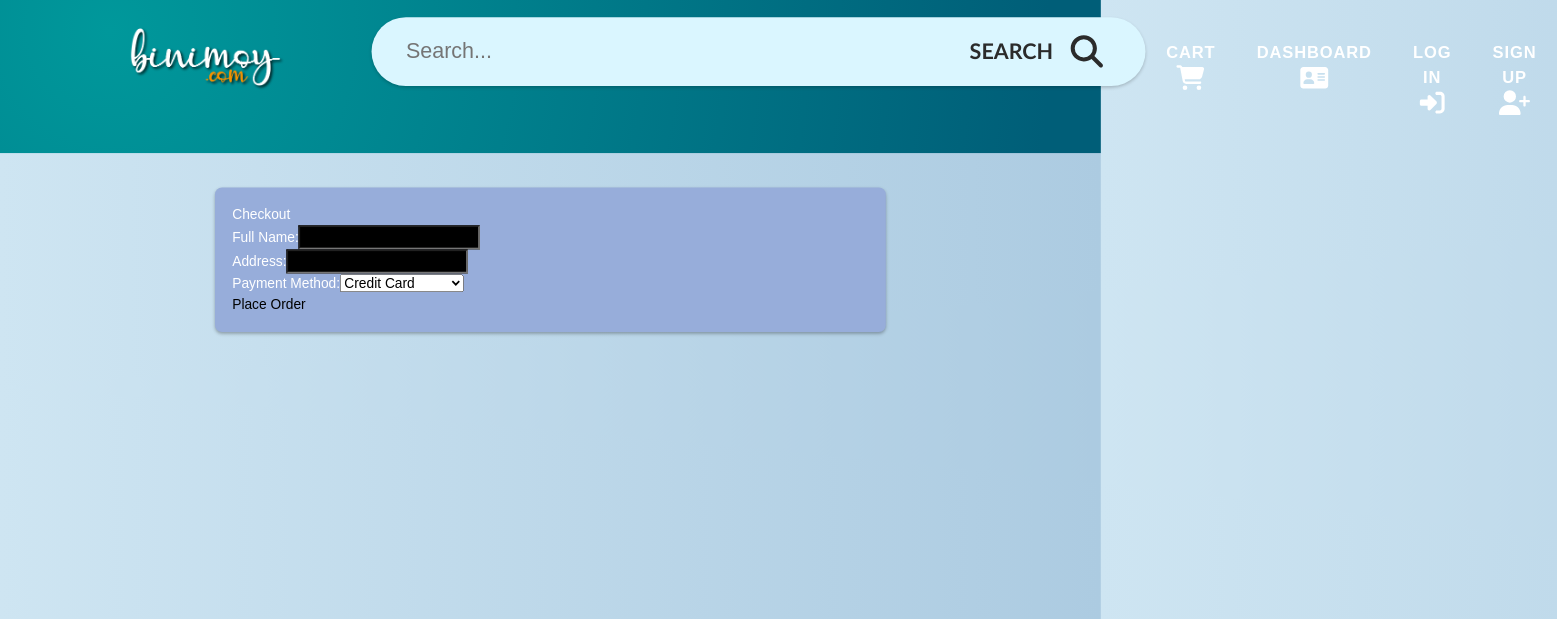
Repository: Shadman2024/2_1_DatabaseProject
Page: /checkout (app in frontend/)
These files come from the project's save history. The page is drawn as it stood at one moment and after the next save; the edit follows.
The browser window is 1280 px wide. The page is 1811 px wide, so the pictures cover 1811 px, including what lies to the right of the window. The pictures show the whole page, at 86% of full size.
Some web libraries are served in a nearby version. The project was rebuilt for these pictures with package versions that can differ from the ones it lists, and the page was loaded fresh each time. Also part of the build but not shown: frontend/src/App.css, frontend/src/signUp/signup.js, frontend/src/logIn/login.js, frontend/src/Home/home.module.css, frontend/src/Home/hero.js, frontend/src/Home/hero2.js, frontend/src/Home/hero3.js, frontend/src/Home/smallcategory.module.css and 31 more.

Above is the page before, as saved 2024-03-08 12:45:03.

### frontend/public/index.html
<!DOCTYPE html>
<html lang="en">

<head>
  <meta charset="utf-8" />
  <link rel="icon" href="%PUBLIC_URL%/favicon.ico" />
  <meta name="viewport" content="width=device-width, initial-scale=1" />
  <meta name="theme-color" content="#000000" />
  <meta name="description" content="Web site created using create-react-app" />
  <link rel="apple-touch-icon" href="%PUBLIC_URL%/logo192.png" />
  <!--
      manifest.json provides metadata used when your web app is installed on a
      user's mobile device or desktop. See https://developers.google.com/web/fundamentals/web-app-manifest/
    -->
  <link rel="manifest" href="%PUBLIC_URL%/manifest.json" />
  <link href="https://cdn.jsdelivr.net/npm/bootstrap@5.0.2/dist/css/bootstrap.min.css" rel="stylesheet"
    integrity="sha384-EVSTQN3/azprG1Anm3QDgpJLIm9Nao0Yz1ztcQTwFspd3yD65VohhpuuCOmLASjC" crossorigin="anonymous">
  <!--
      Notice the use of %PUBLIC_URL% in the tags above.
      It will be replaced with the URL of the `public` folder during the build.
      Only files inside the `public` folder can be referenced from the HTML.

      Unlike "/favicon.ico" or "favicon.ico", "%PUBLIC_URL%/favicon.ico" will
      work correctly both with client-side routing and a non-root public URL.
      Learn how to configure a non-root public URL by running `npm run build`.
    -->
  <title>React App</title>
</head>

<body style="background: linear-gradient(to right, #cee5f2, #accbe1);
/* Other styles */
margin: 0;
height: 100vh;
color: white;">
<!-- <body style="background: #1B1B1B"> -->


  <noscript>You need to enable JavaScript to run this app.</noscript>
  <div id="root"></div>
  <!--
      This HTML file is a template.
      If you open it directly in the browser, you will see an empty page.

      You can add webfonts, meta tags, or analytics to this file.
      The build step will place the bundled scripts into the <body> tag.

      To begin the development, run `npm start` or `yarn start`.
      To create a production bundle, use `npm run build` or `yarn build`.
    -->
  <script src="https://cdn.jsdelivr.net/npm/bootstrap@5.0.2/dist/js/bootstrap.bundle.min.js"
    integrity="sha384-MrcW6ZMFYlzcLA8Nl+NtUVF0sA7MsXsP1UyJoMp4YLEuNSfAP+JcXn/tWtIaxVXM"
    crossorigin="anonymous"></script>
  <script src="https://cdn.jsdelivr.net/npm/@popperjs/core@2.9.2/dist/umd/popper.min.js"
    integrity="sha384-IQsoLXl5PILFhosVNubq5LC7Qb9DXgDA9i+tQ8Zj3iwWAwPtgFTxbJ8NT4GN1R8p"
    crossorigin="anonymous"></script>
  <script src="https://cdn.jsdelivr.net/npm/bootstrap@5.0.2/dist/js/bootstrap.min.js"
    integrity="sha384-cVKIPhGWiC2Al4u+LWgxfKTRIcfu0JTxR+EQDz/bgldoEyl4H0zUF0QKbrJ0EcQF"
    crossorigin="anonymous"></script>
  <script src="https://code.jquery.com/jquery-3.2.1.slim.min.js"
    integrity="sha384-KJ3o2DKtIkvYIK3UENzmM7KCkRr/rE9/Qpg6aAZGJwFDMVNA/GpGFF93hXpG5KkN"
    crossorigin="anonymous"></script>
  <script src="https://cdnjs.cloudflare.com/ajax/libs/popper.js/1.12.3/umd/popper.min.js"
    integrity="sha384-vFJXuSJphROIrBnz7yo7oB41mKfc8JzQZiCq4NCceLEaO4IHwicKwpJf9c9IpFgh"
    crossorigin="anonymous"></script>
  <script src="https://maxcdn.bootstrapcdn.com/bootstrap/4.0.0-beta.2/js/bootstrap.min.js"
    integrity="sha384-alpBpkh1PFOepccYVYDB4do5UnbKysX5WZXm3XxPqe5iKTfUKjNkCk9SaVuEZflJ"
    crossorigin="anonymous"></script>


</body>

</html>

### frontend/src/index.css
*{
  margin: 0;
  outline: none;
}
body {
  margin: 0;
  font-family: -apple-system, BlinkMacSystemFont, 'Segoe UI', 'Roboto', 'Oxygen',
    'Ubuntu', 'Cantarell', 'Fira Sans', 'Droid Sans', 'Helvetica Neue',
    sans-serif;
  -webkit-font-smoothing: antialiased;
  -moz-osx-font-smoothing: grayscale;
}

code {
  font-family: source-code-pro, Menlo, Monaco, Consolas, 'Courier New',
    monospace;
}
html {
  scroll-behavior: smooth;
  position: relative;
  min-height: 100%;
  overflow-x: hidden;
}

### frontend/src/signUp/signup.module.css

.login_box {
  position: absolute;
  top: 50%;
  left: 50%;
  width: 400px;
  padding: 40px;
  margin: 20px auto;
  transform: translate(-50%, -55%);
  background-image: radial-gradient( circle farthest-corner at 10% 20%,  rgba(0,152,155,1) 0.1%, rgba(0,94,120,1) 94.2% );
  box-sizing: border-box;
  box-shadow: 0 15px 25px rgba(0,0,0,.6);
  border-radius: 10px;
  color: #ffffff;
  font-size: large;
  /* padding-left: 100px;
  padding-right: 100px; */
}
.login_box .user_box {
  position: relative;
}

.login_box .user_box input {
  width: 100%;
  padding: 10px 0;
  font-size: 16px;
  color: #fffdfd;
  margin-bottom: 30px;
  border: none;
  /* background-color: #0F1F2A; */
  border-bottom: 1px solid #ffffff;
  outline: none;
  background: transparent;
  font-size: larger;
  /* font-weight: bolder; */
}

.login_box .user_box label {
  position: absolute;
  top: -20px;
  left: 0;
  padding: 10px 0;
  font-size: 20px;
  color: #ffffff;
  /* background-color: #2E5D7F; */
  pointer-events: none;
  transition: .5s;
  font-size: large;
  /* padding: 0px;
  padding-left: 20%;
  padding-right: 20%; */
  font-weight: bold;
}

.login_box .user_box input:focus ~ label,
.login_box .user_box input:valid ~ label {
  /* top: -20px; */
  left: 0;
  color: #ffffff;
  font-size: 20px;
  /* background-color: #242424; */
  padding: 0px;
  padding-left: 10px;
  padding-right: 10px;
  font-weight: bolder;
}


.login_box p:first-child {
  margin: 0 0 30px;
  padding: 0;
  color: #ffffff;
  text-align: center;
  font-size: 1.5rem;
  font-weight: bold;
  letter-spacing: 1px;
  padding-bottom: 30px;
}




.animated_button {
  position: relative;
  display: inline-block;
  padding: 12px 24px;
  border: none;
  font-size: 16px;
  background-color: inherit;
  border-radius: 100px;
  font-weight: 600;
  color: #ffffff;
  box-shadow: 0 0 0 2px #ffffff00;
  cursor: pointer;
  overflow: hidden;
  transition: all 0.6s cubic-bezier(0.23, 1, 0.320, 1);
  text-align: center;
  font-size: 1.2rem;
  /* font-weight: bold; */
  letter-spacing: 1px;
  /* padding-bottom: 30px; */
}

.animated_button span:last-child {
  position: absolute;
  top: 50%;
  left: 50%;
  transform: translate(-50%, -50%);
  width: 20px;
  height: 20px;
  background-color: #fff;
  /* color: #000; */
  border-radius: 50%;
  opacity: 0;
  transition: all 0.8s cubic-bezier(0.23, 1, 0.320, 1);
}

.animated_button span:first-child {
  position: relative;
  z-index: 1;
}

.animated_button:hover {
  box-shadow: 0 0 0 3px #ffffff;
  color: #2F0332;
}

.animated_button:active {
  scale: 0.95;
}

.animated_button:hover span:last-child {
  width: 150px;
  height: 150px;
  opacity: 1;
}

input {
  color: white;
  background-color: black;
}

::-ms-reveal {
  filter: invert(100%);
}

/* Chrome, Safari, Edge, Opera */
input::-webkit-outer-spin-button,
input::-webkit-inner-spin-button {
-webkit-appearance: none;
margin: 0;
}

### frontend/src/logIn/login.module.css


.login_box {
  position: absolute;
  top: 50%;
  left: 50%;
  width: 400px;
  padding: 40px;
  margin: 20px auto;
  transform: translate(-50%, -55%);
  background-image: radial-gradient( circle farthest-corner at 10% 20%,  rgba(0,152,155,1) 0.1%, rgba(0,94,120,1) 94.2% );
  box-sizing: border-box;
  box-shadow: 0 15px 25px rgba(0, 0, 0, .6);
  border-radius: 10px;
  color: #ffffff;
  font-size: large;
  /* padding-left: 100px;
  padding-right: 100px; */
}

.login_box .user_box {
  position: relative;
}

.login_box .user_box input {
  width: 100%;
  padding: 10px 0;
  font-size: 16px;
  color: #fffdfd;
  margin-bottom: 30px;
  border: none;
  /* background-color: #0F1F2A; */
  border-bottom: 1px solid #ffffff;
  outline: none;
  background: transparent;
  font-size: larger;
  /* font-weight: bolder; */
}

.login_box .user_box label {
  position: absolute;
  top: -20px;
  left: 0;
  padding: 10px 0;
  font-size: 20px;
  color: #ffffff;
  /* background-color: #2E5D7F; */
  pointer-events: none;
  transition: .5s;
  font-size: large;
  /* padding: 0px;
  padding-left: 20%;
  padding-right: 20%; */
  font-weight: bold;
}

.login_box .user_box input:focus~label,
.login_box .user_box input:valid~label {
  /* top: -20px; */
  left: 0;
  color: #ffffff;
  font-size: 20px;
  /* background-color: #242424; */
  padding: 0px;
  padding-left: 10px;
  padding-right: 10px;
  font-weight: bolder;
}


.login_box p:first-child {
  margin: 0 0 30px;
  padding: 0;
  color: #ffffff;
  text-align: center;
  font-size: 1.5rem;
  font-weight: bold;
  letter-spacing: 1px;
  padding-bottom: 30px;
}




.animated_button {
  position: relative;
  display: inline-block;
  padding: 12px 24px;
  border: none;
  font-size: 16px;
  background-color: inherit;
  border-radius: 100px;
  font-weight: 600;
  color: #ffffff;
  box-shadow: 0 0 0 2px #ffffff00;
  cursor: pointer;
  overflow: hidden;
  transition: all 0.6s cubic-bezier(0.23, 1, 0.320, 1);
  text-align: center;
  font-size: 1.2rem;
  /* font-weight: bold; */
  letter-spacing: 1px;
  /* padding-bottom: 30px; */
}

.animated_button span:last-child {
  position: absolute;
  top: 50%;
  left: 50%;
  transform: translate(-50%, -50%);
  width: 20px;
  height: 20px;
  background-color: #fff;
  /* color: #000; */
  border-radius: 50%;
  opacity: 0;
  transition: all 0.8s cubic-bezier(0.23, 1, 0.320, 1);
}

.animated_button span:first-child {
  position: relative;
  z-index: 1;
}

.animated_button:hover {
  box-shadow: 0 0 0 3px #ffffff;
  color: #2F0332;
}

.animated_button:active {
  scale: 0.95;
}

.animated_button:hover span:last-child {
  width: 150px;
  height: 150px;
  opacity: 1;
}

input {
  color: white;
  background-color: black;
}

::-ms-reveal {
  filter: invert(100%);
}

### frontend/src/dashboard/dashboard.module.css
body {
    /* font-family: Arial, sans-serif; */
    margin: 0;
    padding: 0;
    box-sizing: border-box;
    /* font-size: larger; */
}

.container {
    font-size: 30px;
    display: flex;
    justify-content: space-around;
    margin: 20px;
    margin-left: 130px;
    margin-right: 130px;
}

.user_info,
.order_info {
    flex-basis: 45%;
    padding: 20px;
    box-shadow: 0 0 10px rgba(0, 0, 0, 0.1);
}


.user_photo {
    width: 200px;
    height: 200px;
    object-fit: cover;
    border-radius: 50%;
    margin-bottom: 20px;
}

h2 {
    color: #333;
    margin-bottom: 15px;
}

p {
    line-height: 1.6;
    color: #666;
}

strong {
    color: #333;
}

@media (max-width: 768px) {
    .container {
        flex-direction: column;
        align-items: center;
    }

    .user-info,
    .order-info {
        flex-basis: 90%;
    }
}

.title {
    /* Add styles for your title here */
    margin-bottom: 10px;
    /* Example space between title and wrapper */
    font-size: 30px;
    color: rgb(255, 255, 255);
    font-weight: bolder;
    padding-left: 200px;
    background-image: radial-gradient( circle farthest-corner at 10% 20%,  rgba(0,152,155,1) 0.1%, rgba(0,94,120,1) 94.2% );
    margin-top: 0px;
    letter-spacing: 5px;
}

.animated_button {
    position: relative;
    display: inline-block;
    padding: 12px 24px;
    border: none;
    font-size: 16px;
    background-color: rgb(71, 0, 73);
    border-radius: 100px;
    font-weight: 600;
    color: rgb(255, 255, 255);
    box-shadow: 0 0 0 2px #ffffff00;
    cursor: pointer;
    overflow: hidden;
    transition: all 0.6s cubic-bezier(0.23, 1, 0.320, 1);
    text-align: center;
    font-size: 1.2rem;
    /* font-weight: bold; */
    letter-spacing: 1px;
    /* padding-bottom: 30px; */
}

.animated_button span:last-child {
    position: absolute;
    top: 50%;
    left: 50%;
    transform: translate(-50%, -50%);
    width: 20px;
    height: 20px;
    background-color: rgb(71, 0, 73);
    /* color: #000; */
    border-radius: 50%;
    opacity: 0;
    transition: all 0.8s cubic-bezier(0.23, 1, 0.320, 1);
}

.animated_button span:first-child {
    position: relative;
    z-index: 1;
}

.animated_button:hover {
    box-shadow: 0 0 0 3px #ffffff;
    color: #2F0332;
}

.animated_button:active {
    scale: 0.95;
}

.animated_button:hover span:last-child {
    width: 150px;
    height: 150px;
    opacity: 1;
}
.userDetails {
    margin-bottom: 10px;
    color: #0f0f0f;
    font-size: 30px;
}

.userDetails strong {
    color: #2c2c2c;
    font-weight: bold;
}
.user_photo{
    margin-top: 10px;
}

.userDetail {
    display: flex;
    align-items: center;
    margin-bottom: 10px;
}

.detailLabel, .detailValue {
    margin-right: 100px;
}

.detailLabel {
    /* If you want the labels to have a fixed width for alignment */
    width: 220px;
    font-weight: bold;
    color: #000;
}

.detailValue {
    flex-grow: 1;
    color: #333;
}

/* Your existing styles */

### frontend/src/orders/orders.module.css
/* orders.module.css */
.orders_container {
  padding: 20px;
  /* background: #f5f5f5; */
  border-radius: 8px;
  /* box-shadow: 0 2px 4px rgba(0,0,0,0.1); */
  margin-left: 250px;
  margin-right: 250px;
  margin-left: 250px;
  margin-top: 40px;
  margin-right: 250px;
  padding: 20px;
  /* background-color: #f9f9f9; */
  border-radius: 8px;
  box-shadow: 0 2px 4px rgba(0,0,0,0.3);
  background-color: #97adda;
}

.title {
  font-size: 30px;;
  color: rgb(255, 255, 255);
  font-weight: bolder;
  background-image: radial-gradient( circle farthest-corner at 10% 20%,  rgba(0,152,155,50%) 0.1%, rgba(0,94,120,50%) 94.2% );
  margin-top: 0px;
  /* background-color: #ba96db; */
  letter-spacing: 5px;
  margin-bottom: 0px;
  padding-bottom: 0px;
  border-radius: 0.5rem;
  padding: 10px;
  text-align: center;
  border-radius: 1rem 1rem 1rem 1rem;
  margin-bottom: 10px;
}

.order {
  /* background: #ffffff; */
  padding: 15px;
  margin-bottom: 20px;
  /* border-radius: 8px; */
  /* box-shadow: 0 1px 3px rgba(0,0,0,0.12), 0 1px 2px rgba(0,0,0,0.24); */
  font-size: 20px;
  border-radius: 1rem 1rem 1rem 1rem;
  background-color: white;
}

.order h3 {
  color: #0275d8;
  font-size: 20px;
  margin-top: 0;
  margin-bottom: 10px;
}

.order p {
  color: #313131;
  margin: 5px 0;
}

ul {
  list-style-type: none;
  padding: 0;
}

li {
  margin: 5px 0;
  color: #363636;
}

strong {
  color: #333;
}

/* Specific styles for shipping and payment sections */
.order > div {
  margin-top: 10px;
  padding-top: 10px;
  border-top: 1px solid #eee;
}

/* Adjust the below properties as per your UI requirements */
.orders_table {
  width: 100%;
  border-collapse: collapse;
}

.orders_table th, .orders_table td {
  text-align: left;
  padding: 8px;
  border-bottom: 1px solid #ddd;
}

.orders_table th {
  background-color: #f9f9f9;
}
.orders_table {
  width: 100%;
  margin-top: 10px;
  border-collapse: collapse;
}

.orders_table th, .orders_table td {
  text-align: left;
  padding: 8px;
  border-bottom: 1px solid #ddd;
}

.orders_table th {
  background-color: teal;
  /* color: #313131; */
}
.orders_table td {
  background-color: #e0e0e0;
  color: #313131;
}

### frontend/src/checkout/checkout.module.css
.checkoutContainer{
    padding: 20px;
    /* background: #f5f5f5; */
    border-radius: 8px;
    /* box-shadow: 0 2px 4px rgba(0,0,0,0.1); */
    margin-left: 250px;
    margin-right: 250px;
    margin-left: 250px;
    margin-top: 40px;
    margin-right: 250px;
    padding: 20px;
    /* background-color: #f9f9f9; */
    border-radius: 8px;
    box-shadow: 0 2px 4px rgba(0,0,0,0.3);
    background-color: #97adda;
}

### frontend/src/Home/hero.module.css
.hero {
    /* height: 100vh; */
    background: linear-gradient(180deg, #fde1ff, #e1ffea22 60%);
    display: flex;
    margin-bottom: 25px;
}

.hero_left {
    flex: 1;
    display: flex;
    flex-direction: column;
    /* justify-content: center; */
    padding-top: 10px;
    gap: 2px;
    padding-left: 10px;
    line-height: 1.1;
}

.hero_left h2 {
    color: rgb(41, 0, 35);
    font-size: 26 px;
    font-weight: 600;
}

.hero_left p {
    color: rgb(50, 0, 54);
    font-size: 100px;
    font-weight: 600;
}

.hero_hand_icon {
    display: flex;
    align-items: center;
    gap: 20px;
}

.image {
    /* max-width: 100%; */
    width: 199%;
    height: 500px;
    display: block; /* Ensure images resize within their container */
    border: 2px solid black;
    border-radius: 0.4rem;
  }

/* .hero-latest-btn{
    display: flex;
    justify-content: center;
    align-items: center;
    gap: 15px;
    width: 310px;
    height: 70px;
    background: #3d1a3f;
    color: white;
    font-size: 22px;
    font-weight: 500;

} */

.hero_right {
    flex: 1;
    display: flex;
    align-items: center;
    justify-content: center;
}

button {
    position: relative;
    display: inline-block;
    cursor: pointer;
    outline: none;
    border: 0;
    vertical-align: middle;
    text-decoration: none;
    background: transparent;
    padding: 0;
    font-size: inherit;
    font-family: inherit;
}

button.learn_more {
    width: 12rem;
    height: auto;
}

button.learn_more .circle {
    transition: all 0.45s cubic-bezier(0.65, 0, 0.076, 1);
    position: relative;
    display: block;
    margin: 0;
    width: 3rem;
    height: 3rem;
    background: #ffffff;
    border-radius: 1.625rem;
}

button.learn_more .circle .icon {
    transition: all 0.45s cubic-bezier(0.65, 0, 0.076, 1);
    position: absolute;
    top: 0;
    bottom: 0;
    margin: auto;
    background: #ffffff;
}

button.learn_more .circle .icon {
    transition: all 0.45s cubic-bezier(0.65, 0, 0.076, 1);
    left: 0.625rem;
    width: 1.125rem;
    height: 0.125rem;
    background: none;
}

button.learn_more .circle .icon::before {
    position: absolute;
    content: "";
    top: -0.29rem;
    right: 0.0625rem;
    width: 0.625rem;
    height: 0.625rem;
    border-top: 0.125rem solid #020202;
    border-right: 0.125rem solid #000000;
    transform: rotate(45deg);
}

button.learn_more .button_text {
    transition: all 0.45s cubic-bezier(0.65, 0, 0.076, 1);
    position: absolute;
    top: 0;
    left: 0;
    right: 0;
    bottom: 0;
    padding: 0.75rem 0;
    margin: 0 0 0 1.85rem;
    color: #ffffff;
    font-weight: 700;
    line-height: 1.6;
    text-align: center;
    text-transform: uppercase;
}

button:hover .circle {
    width: 100%;
}

button:hover .circle .icon{
    background: #000000;
    transform: translate(1rem, 0);
}

button:hover .button_text {
    color: #000000;
}

### frontend/src/Home/hero3.module.css
.hero {
    height: 10vh;
    /* Layer the gradient over the image */
    background-image: linear-gradient(90deg, #ffffff, #ffffff22 70%), url('hero3image.jpg');
    background-size: cover; /* Cover the entire area */
    background-position: center; /* Center the image */
    display: flex;
    padding-top: 20%;
    padding-bottom: 20%;
    /* If you want the image to not scroll with the page, use the following line */
    background-attachment: fixed;
}


.hero_left {
    flex: 1;
    display: flex;
    flex-direction: column;
    justify-content: center;
    gap: 20px;
    padding-left: 180px;
    line-height: 1.1;
}

.hero_left h2 {
    color: rgb(46, 0, 27);
    font-size: 26px; /* Corrected the space issue between '26' and 'px' */
    font-weight: 600;
    /* text-shadow: 2px 2px 4px rgba(0, 0, 0, 0.9); Example shadow: horizontal, vertical, blur, color */
}

.hero_left p {
    color: rgb(58, 0, 50);
    font-size: 100px;
    font-weight: 600;
    /* text-shadow: 3px 9px 9px rgba(0, 0, 0, 0.9); Slightly larger shadow for larger text */
}


.hero_hand_icon {
    display: flex;
    align-items: center;
    gap: 20px;
}

/* .hero-latest-btn{
    display: flex;
    justify-content: center;
    align-items: center;
    gap: 15px;
    width: 310px;
    height: 70px;
    background: #3d1a3f;
    color: white;
    font-size: 22px;
    font-weight: 500;

} */

.hero_right {
    flex: 1;
    display: flex;
    align-items: center;
    justify-content: center;
}

button {
    position: relative;
    display: inline-block;
    cursor: pointer;
    outline: none;
    border: 0;
    vertical-align: middle;
    text-decoration: none;
    background: transparent;
    padding: 0;
    font-size: inherit;
    font-family: inherit;
}

button.learn_more {
    width: 12rem;
    height: auto;
}

button.learn_more .circle {
    transition: all 0.45s cubic-bezier(0.65, 0, 0.076, 1);
    position: relative;
    display: block;
    margin: 0;
    width: 3rem;
    height: 3rem;
    background: #360029;
    border-radius: 1.625rem;
}

button.learn_more .circle .icon {
    transition: all 0.45s cubic-bezier(0.65, 0, 0.076, 1);
    position: absolute;
    top: 0;
    bottom: 0;
    margin: auto;
    background: #1d0018;
}

button.learn_more .circle .icon {
    transition: all 0.45s cubic-bezier(0.65, 0, 0.076, 1);
    left: 0.625rem;
    width: 1.125rem;
    height: 0.125rem;
    background: none;
}

button.learn_more .circle .icon::before {
    position: absolute;
    content: "";
    top: -0.29rem;
    right: 0.0625rem;
    width: 0.625rem;
    height: 0.625rem;
    border-top: 0.125rem solid #ffffff;
    border-right: 0.125rem solid #ffffff;
    transform: rotate(45deg);
}

button.learn_more .button_text {
    transition: all 0.45s cubic-bezier(0.65, 0, 0.076, 1);
    position: absolute;
    top: 0;
    left: 0;
    right: 0;
    bottom: 0;
    padding: 0.75rem 0;
    margin: 0 0 0 1.85rem;
    color: #1b0017;
    font-weight: 700;
    line-height: 1.6;
    text-align: center;
    text-transform: uppercase;
}

button:hover .circle {
    width: 100%;
}

button:hover .circle .icon{
    background: #ffffff;
    transform: translate(1rem, 0);
}

button:hover .button_text {
    color: #ffffff;
}

Loaded but not shown: frontend/src/NavBar/nav.js (82 lines, source omitted); frontend/src/App.js (81 lines, source omitted); frontend/src/checkout/checkout.js (56 lines, source omitted); frontend/src/index.js (10 lines, source omitted); frontend/src/seach/search.module.css (299 lines, source omitted); frontend/src/NavBar/nav.module.css (307 lines, source omitted); frontend/src/Home/hero2.module.css (153 lines, source omitted); frontend/src/admin/admin.module.css (no stored copy; drawn as an empty file)

After the next save:
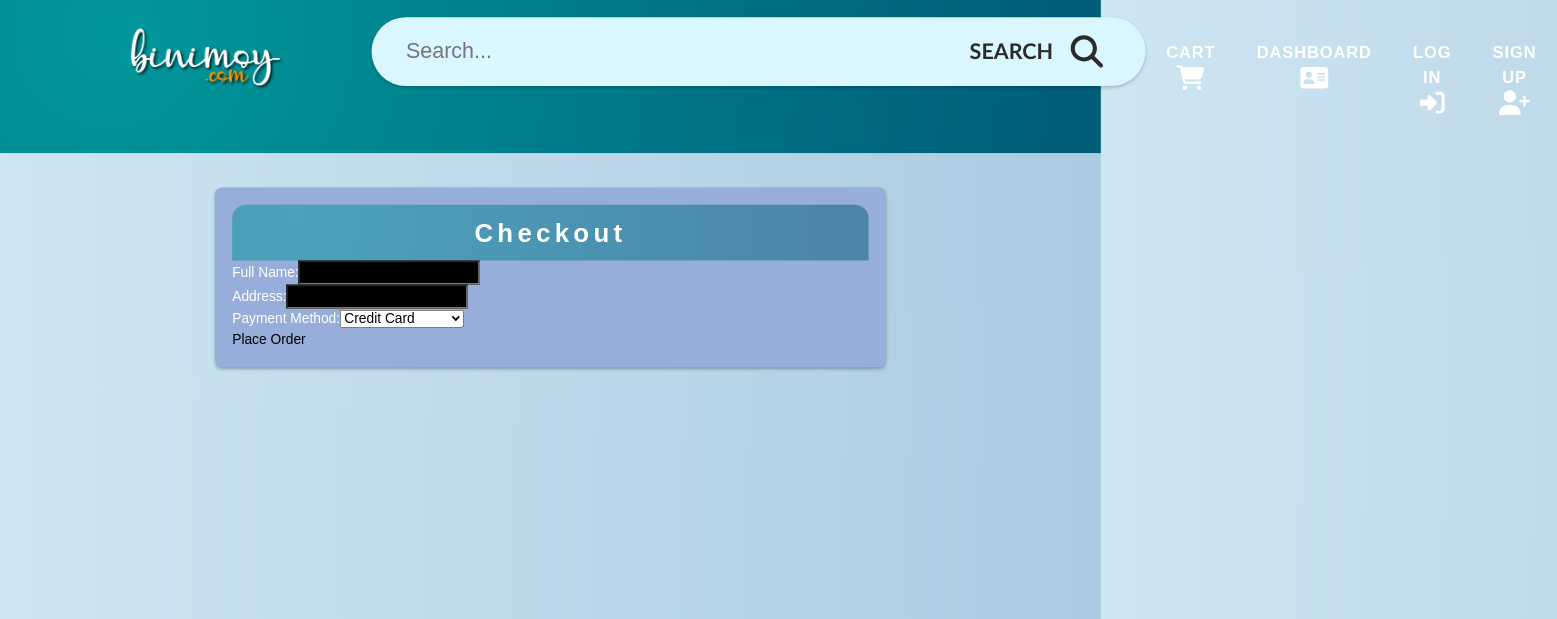
Saved 20 s later.
--- a/frontend/src/checkout/checkout.module.css
+++ b/frontend/src/checkout/checkout.module.css
@@ -14,3 +14,18 @@
     box-shadow: 0 2px 4px rgba(0,0,0,0.3);
     background-color: #97adda;
 }
+.title {
+    font-size: 30px;;
+    color: rgb(255, 255, 255);
+    font-weight: bolder;
+    background-image: radial-gradient( circle farthest-corner at 10% 20%,  rgba(0,152,155,50%) 0.1%, rgba(0,94,120,50%) 94.2% );
+    margin-top: 0px;
+    /* background-color: #ba96db; */
+    letter-spacing: 5px;
+    margin-bottom: 0px;
+    padding-bottom: 0px;
+    border-radius: 0.5rem;
+    padding: 10px;
+    text-align: center;
+    border-radius: 1rem 1rem 0rem 0rem;
+}
